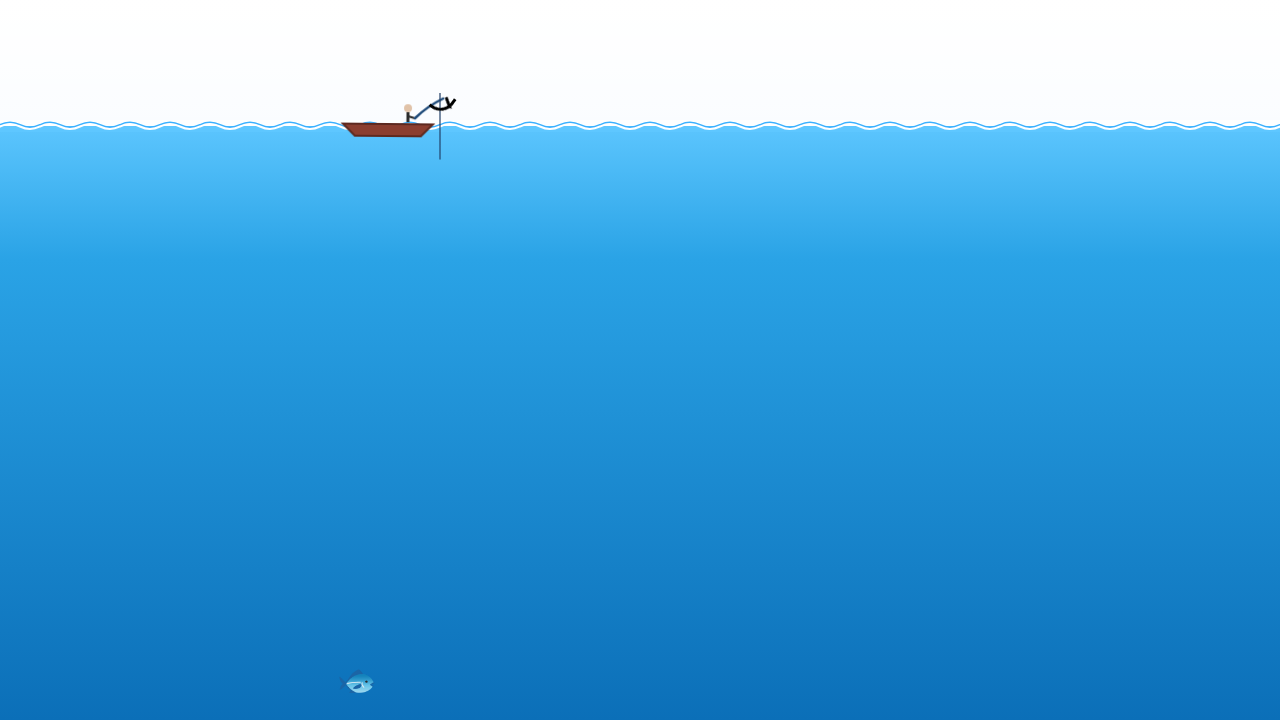
Repository: DeepFriedTurkey441/fd_game_project
Page: index.html
An editor plug-in stored every save of this project. The page is shown before and after the next save, followed by the edit.
The browser window is 1280 px wide. The pictures show the whole page.

Above is the page before, as saved 2025-09-22 14:15:11.

### index.html
<!DOCTYPE html>
<html lang="en">
<head>
  <meta charset="UTF-8">
  <title>Fish Dodge</title>
  <link rel="stylesheet" href="style.css">
</head>
<body>
  <div id="game">
    <div id="air" aria-hidden="true"></div>
    <div id="waterline" aria-hidden="true"></div>
    <div class="boat" aria-label="small fishing boat" title="Fishing boat" style="left: 26vw;">
      <svg viewBox="0 0 120 60" xmlns="http://www.w3.org/2000/svg" aria-hidden="true">
        <!-- hull -->
        <path d="M10 40 L100 40 L88 52 L22 52 Z" fill="#8b3e2f" stroke="#5e291f" stroke-width="2"/>
        <!-- fisherman (simple) -->
        <circle cx="75" cy="24" r="4" fill="#e0c2a8"/>
        <path d="M75 28 L75 38" stroke="#2b2b2b" stroke-width="3"/>
        <path d="M75 32 L82 34" stroke="#2b2b2b" stroke-width="2"/>
        <!-- fishing rod (angled out over water) -->
        <path d="M82 34 Q 94 22 110 14" stroke="#1f4b7a" stroke-width="2.5" fill="none" stroke-linecap="round"/>
      </svg>
      <div class="line" aria-hidden="true"></div>
      <div class="hook" aria-hidden="true"><span class="barb"></span></div>
    </div>
    <div id="fish" aria-label="fish"><span class="sprite" aria-hidden="true">🐟</span></div>
  </div>
  <script src="script.js"></script>
</body>
</html>

### style.css
/* Basic starter styling */
body {
    margin: 0;
    font-family: sans-serif;
    background-color: #0a3454;
    color: #fff;
  }

#game {
    position: relative;
    width: 100vw;
    height: 100vh;
    overflow: hidden;
    background: linear-gradient(#f9fbff 0%, #eaf3ff 16.66%, #5ec7ff 16.66%, #2aa3e6 36%, #0b6fb8 100%);
  }

/* Air overlay (top 1/6) to ensure a whitish sky */
#air {
    position: absolute;
    left: 0; right: 0;
    top: 0;
    /* Extend slightly past the waterline so crests have white behind them */
    height: calc(100vh / 6 + 12px);
    background: linear-gradient(to bottom, rgba(255,255,255,0.98), rgba(255,255,255,0.75));
    z-index: 1;
    pointer-events: none;
  }

/* Waterline at 1/6 of the viewport height from the top */
#waterline {
    position: absolute;
    left: 0; right: 0;
    top: calc(100vh / 6);
    height: 12px;
    z-index: 2;
    pointer-events: none;
    /* Squiggly wave on top of a 2-color band: white above, light blue below */
    background:
      url("data:[embedded picture, 376 characters]") repeat-x center,
      linear-gradient(to bottom, rgba(255,255,255,0.98) 0%, rgba(255,255,255,0.98) 50%, rgba(94,199,255,1) 50%, rgba(94,199,255,1) 100%);
    background-size: 80px 12px, 100% 100%;
  }

/* Boat at surface */
  .boat {
    position: absolute;
    top: calc(100vh / 6 - 34px); /* float a bit higher above ripple */
    width: 120px; height: 60px;
    transform-origin: 50% 50%;
    animation: bob 3.2s ease-in-out infinite;
    z-index: 3; /* above line; fish swims under */
    pointer-events: none;
  }
  .boat svg { width: 100%; height: 100%; display: block; }
  .boat .line {
    position: absolute;
    left: 106px; /* tip of rod */
    top: 8px;
    width: 2px;
    height: calc(100vh - (100vh / 6)); /* down to bottom */
    background: linear-gradient(to bottom, rgba(30,60,100,0.6), rgba(30,60,100,0.3));
    transform-origin: top;
    z-index: 2; /* between ripple and fish */
  }
  .boat .hook {
    position: absolute;
    left: 100px; /* near line x */
    top: 8px;   /* start at rod tip; JS repositions */
    width: 16px; height: 18px;
    border-bottom: 3px solid #000000; /* shank curve */
    border-right: 3px solid #000000;
    border-radius: 0 0 16px 0;
    transform: rotate(35deg);
    z-index: 2;
  }
  .boat .hook .barb {
    position: absolute;
    right: -2px; bottom: 0;
    width: 10px; height: 10px;
    border-right: 3px solid #000000;
    border-bottom: 3px solid transparent;
    transform: rotate(-55deg);
  }

@keyframes bob {
  0%   { transform: translateY(0) rotate(-0.6deg); }
  50%  { transform: translateY(-2px) rotate(0.6deg); }
  100% { transform: translateY(0) rotate(-0.6deg); }
}

#fish {
    position: absolute;
    left: 24px;
    top: 50vh;
    transform: translateY(-50%);
    font-size: 32px;
    line-height: 1;
    user-select: none;
    z-index: 3;
  }
  #fish .sprite { display: inline-block; font-size: 32px; width: 1em; height: 1em; }
  /* Emoji orientation mappings */
  /* Most platforms render 🐟 facing left by default (head on left). */
  #fish .face-left { transform: scaleX(1); }
  #fish .face-right { transform: scaleX(-1); }

### script.js
// Fish movement prototype: slow downward drift, space = up/forward, 3 speeds (←/→)
(function () {
  const fish = document.getElementById('fish');
  const sprite = fish ? fish.querySelector('.sprite') : null;
  const boat = document.querySelector('.boat');
  const lineEl = boat ? boat.querySelector('.line') : null;
  const hookEl = boat ? boat.querySelector('.hook') : null;
  if (!fish) return;

  // Ensure fish faces right
  // using CSS flip on child span; no need to set text here

  const BASE_SPEEDS = [1, 3, 6];
  let speedIndex = 0;
  let dir = 1; // 1 = left→right, -1 = right→left
  let speed = BASE_SPEEDS[speedIndex]; // signed pixels/frame after scaling

  let x = 24;
  let y = window.innerHeight * 0.5;
  let vy = 0;
  let spacePressed = false;
  let paused = false;
  function getFishHalfHeight() {
    try {
      const rect = (sprite || fish).getBoundingClientRect();
      return Math.max(8, (rect.height || 32) / 2);
    } catch (_) {
      return 16; // fallback for early frames
    }
  }

  // Tunables
  function scale() { return Math.max(0.8, Math.min(2.0, window.innerWidth / 1200)); }
  function gravity() { return 0.12 * scale(); } // slow drift downward
  function maxFall() { return 3.0 * scale(); }
  function maxRise() { return -4.0 * scale(); }

  function wrapX(nx) {
    const w = window.innerWidth;
    if (nx > w) return nx - w;
    if (nx < 0) return nx + w;
    return nx;
  }

  function updateSpeed() {
    speed = dir * (BASE_SPEEDS[speedIndex] * scale());
    // Update facing based on direction
    if (sprite) {
      if (dir === 1) {
        sprite.classList.remove('face-left');
        sprite.classList.add('face-right');
      } else {
        sprite.classList.remove('face-right');
        sprite.classList.add('face-left');
      }
    }
  }

  function loop() {
    if (paused) { requestAnimationFrame(loop); return; }
    // Horizontal progress
    x = wrapX(x + speed);

    // Vertical physics
    if (spacePressed) {
      vy = Math.max(maxRise(), vy - 0.45 * scale());
    } else {
      vy = Math.min(maxFall(), vy + gravity());
    }
    // Compute waterline as top at 1/6 viewport height
    const waterlineY = window.innerHeight / 6;
    // Keep the fish's center at least one pixel below the waterline + half its height
    const halfH = getFishHalfHeight();
    const topClamp = Math.max(0, waterlineY + halfH + 1);
    const bottomClamp = window.innerHeight - 40;
    y = Math.max(topClamp, Math.min(bottomClamp, y + vy));

    // Render
    fish.style.left = x + 'px';
    fish.style.top = y + 'px';

    // Simple jig animation for hook: hold near bottom, then hop upward irregularly
    animateHook();

    requestAnimationFrame(loop);
  }

  // --- Fishing line + hook motion ---
  let hookState = { phase: 'drop', targetY: 0, lastChange: 0 };
  function animateHook() {
    if (!lineEl || !hookEl) return;
    const now = performance.now();
    const waterTop = window.innerHeight / 6;
    const bottom = window.innerHeight - 4;
    if (hookState.phase === 'drop') {
      // Ensure line spans to bottom and hook sits near bottom
      lineEl.style.height = (bottom - (boat.getBoundingClientRect().top + 18)) + 'px';
      hookEl.style.bottom = '-10px';
      hookState.phase = 'jig';
      hookState.lastChange = now;
      hookState.targetY = bottom - 30;
      return;
    }
    // Jigging: random small upward hops, then fall back
    const hookRect = hookEl.getBoundingClientRect();
    const hookY = hookRect.top + hookRect.height / 2;
    if (now - hookState.lastChange > 700 + Math.random() * 700) {
      hookState.targetY = Math.max(waterTop + 60, hookY - (20 + Math.random() * 40));
      hookState.lastChange = now;
    }
    // Move toward targetY smoothly
    const dy = (hookState.targetY - hookY) * 0.1;
    const newTop = hookY + dy;
    const maxTop = bottom - 12;
    const clampedTop = Math.min(maxTop, Math.max(waterTop + 40, newTop));
    // Convert to bottom offset relative to line container
    const lineRect = lineEl.getBoundingClientRect();
    const relBottom = Math.max(-10, (lineRect.bottom - clampedTop) - 7);
    hookEl.style.bottom = relBottom + 'px';

    // Reel-in effect: shorten visible line to the hook tip
    const newLineHeight = Math.max(0, (clampedTop - (lineRect.top)));
    lineEl.style.setProperty('mask-image', `linear-gradient(to bottom, black ${newLineHeight}px, transparent ${newLineHeight}px)`);
    lineEl.style.setProperty('-webkit-mask-image', `linear-gradient(to bottom, black ${newLineHeight}px, transparent ${newLineHeight}px)`);
  }

  document.addEventListener('keydown', (e) => {
    switch (e.key) {
      case ' ': // surge
        if (!spacePressed) {
          spacePressed = true;
          vy = Math.max(maxRise(), vy - 2.2 * scale());
          fish.style.transform = 'translateY(-50%) scale(1.04) rotate(-3deg)';
        }
        break;
      case 'p':
        paused = !paused;
        break;
      case 'ArrowRight':
        if (dir === 1) {
          // Already moving right: speed up until max
          speedIndex = Math.min(BASE_SPEEDS.length - 1, speedIndex + 1);
        } else {
          // Moving left: step down speed; if already at slowest, flip to right slow
          if (speedIndex > 0) {
            speedIndex -= 1;
          } else {
            dir = 1; // flip direction
            speedIndex = 0; // start at slowest in new direction
          }
        }
        updateSpeed();
        break;
      case 'ArrowLeft':
        if (dir === -1) {
          // Already moving left: speed up until max
          speedIndex = Math.min(BASE_SPEEDS.length - 1, speedIndex + 1);
        } else {
          // Moving right: step down speed; if already at slowest, flip to left slow
          if (speedIndex > 0) {
            speedIndex -= 1;
          } else {
            dir = -1; // flip direction
            speedIndex = 0; // start at slowest in new direction
          }
        }
        updateSpeed();
        break;
    }
  });
  document.addEventListener('keyup', (e) => {
    if (e.key === ' ') {
      spacePressed = false;
      fish.style.transform = 'translateY(-50%)';
    }
  });

  window.addEventListener('resize', () => {
    x = Math.min(x, window.innerWidth - 40);
    // Re-apply clamp relative to new waterline and fish size
    const waterlineY = window.innerHeight / 6;
    const halfH = getFishHalfHeight();
    const topClamp = Math.max(0, waterlineY + halfH + 1);
    const bottomClamp = window.innerHeight - 40;
    y = Math.max(topClamp, Math.min(bottomClamp, y));
    updateSpeed();
    // Recompute line length on resize
    if (lineEl && boat) {
      const bottom = window.innerHeight - 4;
      lineEl.style.height = (bottom - (boat.getBoundingClientRect().top + 18)) + 'px';
    }
  });

  // Init
  updateSpeed();
  // Ensure initial facing matches starting direction (right)
  if (sprite) { sprite.classList.add('face-right'); }
  loop();
})();

After the next save:
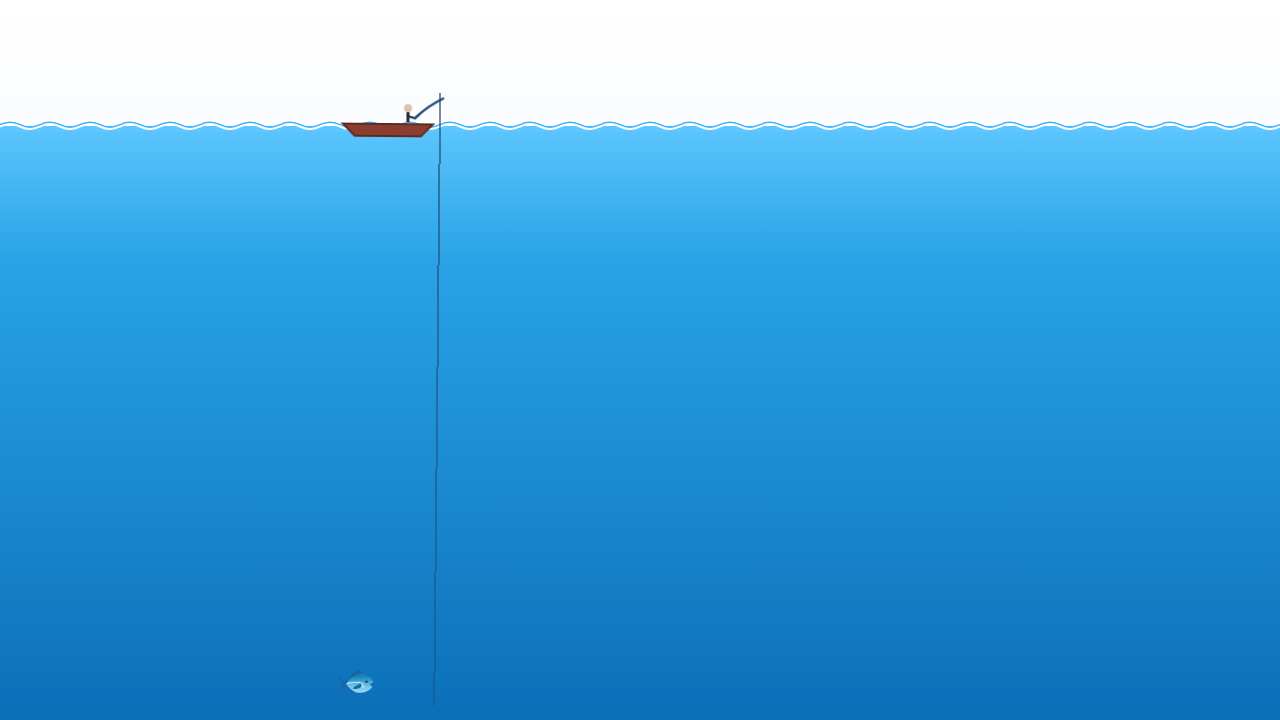
Saved 28 s later.
--- a/script.js
+++ b/script.js
@@ -92,10 +92,14 @@
     const now = performance.now();
     const waterTop = window.innerHeight / 6;
     const bottom = window.innerHeight - 4;
+    // Anchor positions at rod tip in page coords
+    const boatRect = boat.getBoundingClientRect();
+    const rodTip = { x: boatRect.left + 106, y: boatRect.top + 8 };
     if (hookState.phase === 'drop') {
       // Ensure line spans to bottom and hook sits near bottom
-      lineEl.style.height = (bottom - (boat.getBoundingClientRect().top + 18)) + 'px';
-      hookEl.style.bottom = '-10px';
+      lineEl.style.height = (bottom - rodTip.y) + 'px';
+      hookEl.style.left = (106 - 6) + 'px';
+      hookEl.style.top = (8 + (bottom - rodTip.y) - 18) + 'px';
       hookState.phase = 'jig';
       hookState.lastChange = now;
       hookState.targetY = bottom - 30;
@@ -114,12 +118,12 @@
     const maxTop = bottom - 12;
     const clampedTop = Math.min(maxTop, Math.max(waterTop + 40, newTop));
     // Convert to bottom offset relative to line container
+    const newHookTop = clampedTop - hookRect.height / 2;
+    hookEl.style.top = newHookTop + 'px';
+
+    // Reel-in effect: shorten visible line to the hook tip
     const lineRect = lineEl.getBoundingClientRect();
-    const relBottom = Math.max(-10, (lineRect.bottom - clampedTop) - 7);
-    hookEl.style.bottom = relBottom + 'px';
-
-    // Reel-in effect: shorten visible line to the hook tip
-    const newLineHeight = Math.max(0, (clampedTop - (lineRect.top)));
+    const newLineHeight = Math.max(0, (newHookTop + hookRect.height / 2) - rodTip.y);
     lineEl.style.setProperty('mask-image', `linear-gradient(to bottom, black ${newLineHeight}px, transparent ${newLineHeight}px)`);
     lineEl.style.setProperty('-webkit-mask-image', `linear-gradient(to bottom, black ${newLineHeight}px, transparent ${newLineHeight}px)`);
   }
@@ -187,7 +191,9 @@
     // Recompute line length on resize
     if (lineEl && boat) {
       const bottom = window.innerHeight - 4;
-      lineEl.style.height = (bottom - (boat.getBoundingClientRect().top + 18)) + 'px';
+      const boatRect = boat.getBoundingClientRect();
+      const rodTipY = boatRect.top + 8;
+      lineEl.style.height = (bottom - rodTipY) + 'px';
     }
   });
 
